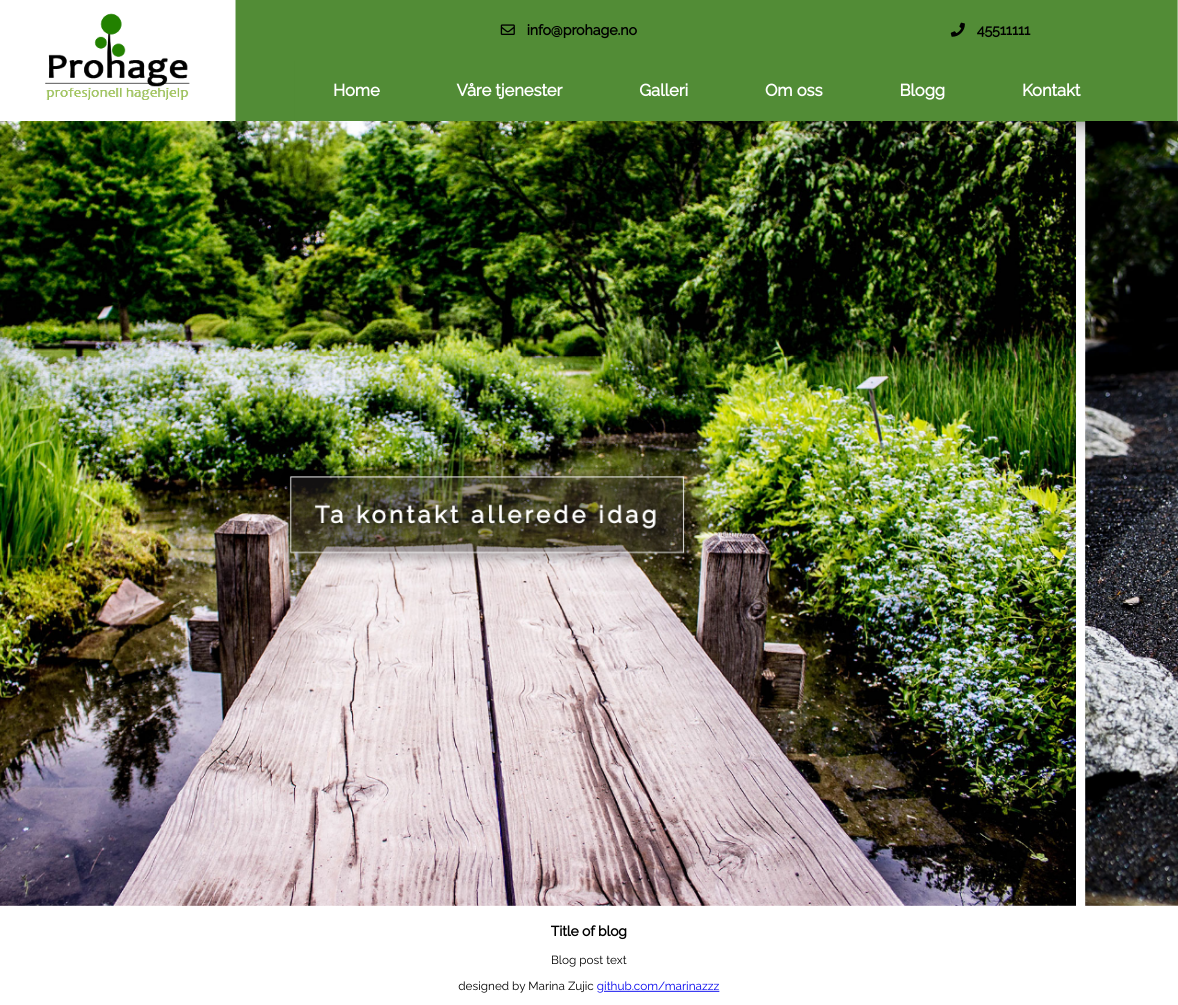
Repository: marinazzz/garden-design-website
Page: index.html
The author's editor kept a copy of each file at every save. The page is drawn from the files as they stood at one save, then again after the next save.
The browser window is 1280 px wide. The pictures show the whole page, at 92% of full size.

Above is the page before, as saved 2020-03-30 12:48:11.

### index.html
<!DOCTYPE html>
<html lang="nb">
<head>
    <title>Hagedesign Oslo</title>
    <link rel="stylesheet" type="text/css" href="CSS/fontawesome-free-5.12.1-web/css/all.min.css">
    <link rel="stylesheet" type="text/css" href="CSS/style.css"/>
    <link rel="stylesheet" type="text/css" href="CSS/min-width-768px.css">
    <link rel="stylesheet" type="text/css" href="CSS/min-width-992px.css">
    <link rel="stylesheet" href="https://cdnjs.cloudflare.com/ajax/libs/animate.css/3.7.2/animate.min.css">
    <link rel="stylesheet" type="text/css" href="PLUGINS/glide-master/dist/css/glide.core.min.css" />
    <link rel="stylesheet" type="text/css" href="PLUGINS/glide-master/dist/css/glide.theme.min.css" />
    <link href="https://fonts.googleapis.com/css?family=Raleway&display=swap" rel="stylesheet">
    <meta name="viewport" content="width=device-width, initial-scale=1" charset="UTF-8">
</head>
<body>
    <header class="header--white-green">
        <div class="container__menu--small container__menu "> <!--grid container-->
            <div class="container__logo"> <!--1.column-->
                <img class="logo"src="images/prohage black.png" alt="Prohage logo">
            </div>
            <div class="container__items--small container__items"> <!--2.column-->
                <div class="container__item"> <!--1.row-->
                     <a href="mailto:info@prohage.no"
                         class ="container__item-txt"><i class="far fa-envelope"></i>info@prohage.no</a>
                     <a href="tlf:45511111"
                         class="container__item-txt"><i class="fas fa-phone"></i>45511111</a>
                </div>
               <div class="container__item-bottom"> <!--2.row-->
                   <button class="menu__toggle">
                       <i class="fas fa-bars"></i>
                   </button>
                   <nav id="menu">
                        <ul class="menu__list">
                            <li class="menu__item">
                                <a class="menu__link" href="home">Home</a>
                            </li>
                            <li class="menu__item">
                                <a class="menu__link" href="#services">Våre tjenester</a>
                            </li>
                            <li class="menu__item">
                                <a class="menu__link" href="#gallery">Galleri</a>
                            </li>
                            <li class="menu__item">
                                <a class="menu__link" href="#about">Om oss</a>
                            </li>
                            <li class="menu__item">
                                <a class="menu__link" href="#blog">Blogg</a>
                            </li>
                            <li class="menu__item">
                                <a class="menu__link" href="kontakt">Kontakt</a>
                            </li>
                       </ul>
                   </nav>
               </div>
            </div>
        </div>
        <section id="main-photo">
            <div class="glide">
                <div class="glide__track"
                     data-glide-el="track">
                    <ul class="glide__slides">
                        <li class="glide__slide">
                            <img class="main-photo__item"
                                 srcset="images/daylight-environment-garden-2000.jpg 2000w,
                                         images/daylight-environment-garden-1000.jpg 1000w"
                                 sizes="(min-width: 1440px) 2000px, 100vw"
                                 src="images/daylight-environment-garden-2000.jpg" alt="Garden and plants" />
                                 <h1 class="main-photo__title">Profesjonell hagehjelp</h1>
                        </li>
                        <li class="glide__slide">
                            <img class="main-photo__item"
                                 srcset="images/main-header-photo-2000.jpg 2000w,
                                          images/main-header-photo-1000.jpg 1000w"
                                 sizes="(min-width: 1440px) 2000px, 100vw"
                                 src="images/main-header-photo-2000.jpg" alt="Garden and plants" />
                                 <h1 class="main-photo__title">Ta kontakt allerede idag</h1>
                                </li>
                        <li class="glide__slide">
                            <img class="main-photo__item"
                                 srcset="images/header-photo-2000.jpg 2000w,
                                         images/header-photo-1000.jpg 1000w"
                                 sizes="(min-width: 1440px) 2000px, 100vw"
                                 src="images/header-photo-2000.jpg" alt="Garden designed by proffesional" />
                                 <h1 class="main-photo__title">Rådgiving og tipser</h1>
                        </li>
                        <li class="glide__slide">
                            <img class="main-photo__item"
                                 srcset="images/bloom-blooming-blur-2000.jpg 2000w,
                                         images/bloom-blooming-blur-1000.jpg 1000w"
                                 sizes="(min-width: 1440px) 2000px, 100vw"
                                 src="images/bloom-blooming-blur-2000.jpg" alt="Garden designed by proffesional" />
                                 <h1 class="main-photo__title">Følg vår hageblogg</h1>
                        </li>
                    </ul>
                </div>
                <!--<div class="glide__arrows"
                         data-glide-el="controls">
                        <button class="glide__arrow glide__arrow--left"
                                data-glide-dir="<">
                            <i class="fas fa-chevron-circle-left"></i>
                        </button>
                        <button class="glide__arrow glide__arrow--right"
                                data-glide-dir=">">
                            <i class="fas fa-chevron-circle-right"></i>
                        </button>
                    </div>-->
            </div>

            <!--<img class="main-photo__item1"
                 srcset="images/architecture-clouds-daylight-2000.jpg 2000w,
                         images/architecture-clouds-daylight-1000.jpg 1000w"
                 sizes="(min-width: 1440px) 2000px, 100vw"
                 src="images/architecture-clouds-daylight-2000.jpg" alt="Garden">
            <img class="main-photo__item2"
                 srcset="images/header-photo-2000.jpg 2000w,
                         images/header-photo-1000.jpg 1000w"
                 sizes="(min-width: 1440px) 2000px, 100vw"
                 src="images/header-photo-2000.jpg" alt="Garden designed by proffesional" >
            <img class="main-photo__item3"
                 srcset="images/main-header-photo-2000.jpg 2000w,
                         images/main-header-photo-1000.jpg 1000w"
                 sizes="(min-width: 1440px) 2000px, 100vw"
                 src="images/main-header-photo-2000.jpg" alt="Garden and plants" >
            <h1 class="main-photo__title">Profesjonell hagehjelp</h1>-->
        </section>
     </header>
     <main>
         <section id="services">

         </section>
         <section id="gallery">

        </section>
         <article id="blog-posts">
             <h3>Title of blog</h2>
             <p>Blog post text</p>
         </article>
         <section id="about oss">

        </section>
     </main>
     <footer>
	     <p>designed by Marina Zujic
		     <a href="https://github.com/marinazzz">github.com/marinazzz</a>
	     </p>
     </footer>
     <script src="PLUGINS/glide-master/dist/glide.min.js"></script>
     <script>
        new Glide('.glide', {
            type: 'carousel',
            autoplay: true,
            hoverpause: false,
            perView: 1,
            direction: 'rtl',
            animationDuration: 10000
        }).mount()
      </script>
     <script src="JS/js-app.js"></script>
</body>
</html>

### CSS/style.css
html {
  font-size: 62.5%;
}

body {
  margin: 0;
  padding: 0;
  text-align: center;
  box-sizing: border-box;
  font-family: 'Raleway', sans-serif;
}

       /*__ HEADER__ */

/*color styles*/
.header--white-green {
  --header-bg-color: #528C36;
  --header-link-color: black;
  --header-menu-link: #fff;
  --header-toggle-color: #528C36;
}

/*main style*/
.container__menu--small {
  display: flex;
  justify-content: space-around;
  box-shadow: 0 0 2rem 0 rgba(0, 0, 0, 0.24), 0 0 30rem 0 rgba(0, 0, 0, 0.2);
}

.logo {
  max-height: 8rem;
  background: white;
}

.container__items--small {
  display: grid;
  grid-template-rows: 1fr 1fr;
  align-content: flex-end;
  width: 250px;
}

.container__item {
  align-self: center;
}

.container__item,
.container__item-bottom {
  text-align: end;
}

.container__item-txt {
  color: var(--header-link-color);
  text-decoration: none;
  font-size: 1.2rem;
}

.container__item > a:first-of-type {
  padding-right: 1.6rem;
}

.container__item-bottom > nav {
  text-align: center;
}

.menu__toggle {
  color: var(--header-bg-color);
  box-sizing: border-box;
  border: none;
  background-color: transparent;
  outline: none;
  font-size: 3rem;
  line-height: 0;
  padding: 0.5rem;
  color: var(--header-toggle-color);
  position: relative;
  z-index: 100;
}

.fa-phone,
.fa-envelope {
  margin-right: 1rem;
}


/* MENU */

#menu {
  display: none;
  position: absolute;
  top: auto;
  left: 0;
  width: 100%;
  padding-top: 1rem;
  background-color: var(--header-bg-color);
  z-index: 20;
}

.menu__list {
  padding: 0;
  margin: 0;
  display: flex;
  flex-direction: column;
}

.menu__item {
  display: block;
  margin-bottom: 1rem;
}

.menu__link {
  color: var(--header-menu-link);
  text-decoration: none;
  font-size: 1.4rem;
}

#menu.menu-opened {
  display: block;
}


/*FOR SMALL DEVICES*/

@media screen and (max-width: 420px) {

  .logo {
    max-height: 7rem;
  }

  .container__items--small {
    width: auto;
    align-self: center;
  }

  .container__item > a:first-of-type {
    padding-right: 1.3rem;
  }

  .container__item {
    text-align: center;
  }

  .fa-phone, .fa-envelope {
    margin-right: 0.3rem;
  }
}

/* MAIN PICTURE */

#main-photo {
  width: 100%;
}

.main-photo__title {
  position: absolute;
  color: white;
  background-color:#524a4a3b;
  border: 0.1rem solid white;
  filter: drop-shadow(2px 4px 6px black);
  padding: 2rem;
  margin: 0 auto;
  font-size: 1.5rem;
  letter-spacing: 0.2rem;
  top: 50%;
  left: 50%;
  transform: translate(-50%, -50%);
}



/* GLIDE SLIDER CSS OVERRIDES */

.glide__slides {
  margin: 0;
}

.glide__slide {
  position: relative;
}

/*#main-photo .glide__arrow  {
  font-size: 4rem;
  padding: 0;
  border-color: transparent;
  box-shadow: none;
  border-radius: 50%;
  line-height: 0;
  transition: all 200ms ease-in-out;
}

#main-photo .glide__arrow:hover {
  border-color: #252525;
  color: #252525;
}*/



/*#main-photo {
  position: relative;
}

.main-photo__item {
   width: 100%;
}

.main-photo__title {
  position: absolute;
  bottom: 1rem;
  left: 20rem;
  font-size: 2rem;
}*/



/*1. COLOR OPTION*/
/* CSS variables*/
/* :root {
  --header-bg-color: #4daa57;
  --header-top-bg-color: #252525;
  --header-toggle-color: #fff;
}*/

/*.top-header__item {
  color: var(--header-link-color);
  text-decoration: none;
  font-size: 1.4rem;
}*/


/*------MAIN----------*/

### CSS/min-width-768px.css
@media screen and (min-width: 768px) {

  html {
    font-size: 70%;
  }

   /* HEADER */


   .container__menu,
   .container__items {
    display: grid;
   }

   .container__menu {
    grid-template-columns: 2fr 80%;
    box-shadow: 0 0 2rem 0 rgba(0, 0, 0, 0.62), 0 0 30rem 0 rgba(0, 0, 0, 0.19);
  }

  .container__items {
    grid-template-rows: 1fr 1fr;
    background: var(--header-bg-color);
    width: auto;
  }

  .container__item,
  .container__item-bottom {
    display: flex;
  }

  .container__item {
    align-self: center;
    justify-content: space-around;
    /*padding-left: 23rem;*/
  }

  .container__item-bottom {
    align-items: center;
  }

  .menu__toggle {
    display: none;
  }

  /* NAVIGATION */

  #menu,
  .menu-opened .menu__item .menu__link {
    display: block;
  }

  #menu {
    position: static;
    padding: 0;
    top: 0;
  }

  #menu,
  .menu_list {
    height: 100%;
  }

  .menu__list {
    height: 100%;
    flex-direction: row;
    justify-content: center;
    align-items: center;
  }

  .menu__item {
    height: 100%;
    display: block;
    flex-grow: 1;
    margin: 0;
    line-height: 5rem;
  }

  .menu__item:hover {
    background-color:#272727;
  }

  .menu__link:active {
    color:black;
  }

  .menu__link,
  .container__item-txt {
    font-weight: bold;
  }

  /* color styles */

  :root {
    /*header*/
    --header-bg-color:#528C36;
    --link-color: #FCFDF9;
  }

  /* MAIN PHOTO */

  .main-photo__title {
    font-size: 2rem;
    letter-spacing: 0.3rem;
}

}

### CSS/min-width-992px.css
@media screen and (min-width: 992px) {
    html {
        font-size: 80%;
    }

   /* HEADER */

    .logo {
        max-height: 9rem;
    }

    .container__item {
        padding-left: 10rem;
    }

    .container__item-bottom {
        padding: 0 5rem;
    }
}

@media screen and (min-width: 1440px) {

    /* HEADER */

    .container__item {
        padding-left: 22rem;
    }

    /* MAIN PHOTO */

    .main-photo__title {
        font-size: 3rem;
        letter-spacing: 0.5rem;
    }
}

@media screen and (min-width: 2560px) {

    .logo {
        max-height: 12rem;
    }

    .container__item {
        justify-self: center;
    }

    .container__item > a:first-of-type {
        padding: 0 13rem;
    }

    .container__item-bottom {
        padding: 0 40rem;
    }
}

Loaded but not shown: CSS/fontawesome-free-5.12.1-web/css/all.min.css (library); PLUGINS/glide-master/dist/css/glide.core.min.css (common file); PLUGINS/glide-master/dist/css/glide.theme.min.css (common file); PLUGINS/glide-master/dist/glide.min.js (library); JS/js-app.js (no copy from this time; the picture is the same without it)

After the next save:
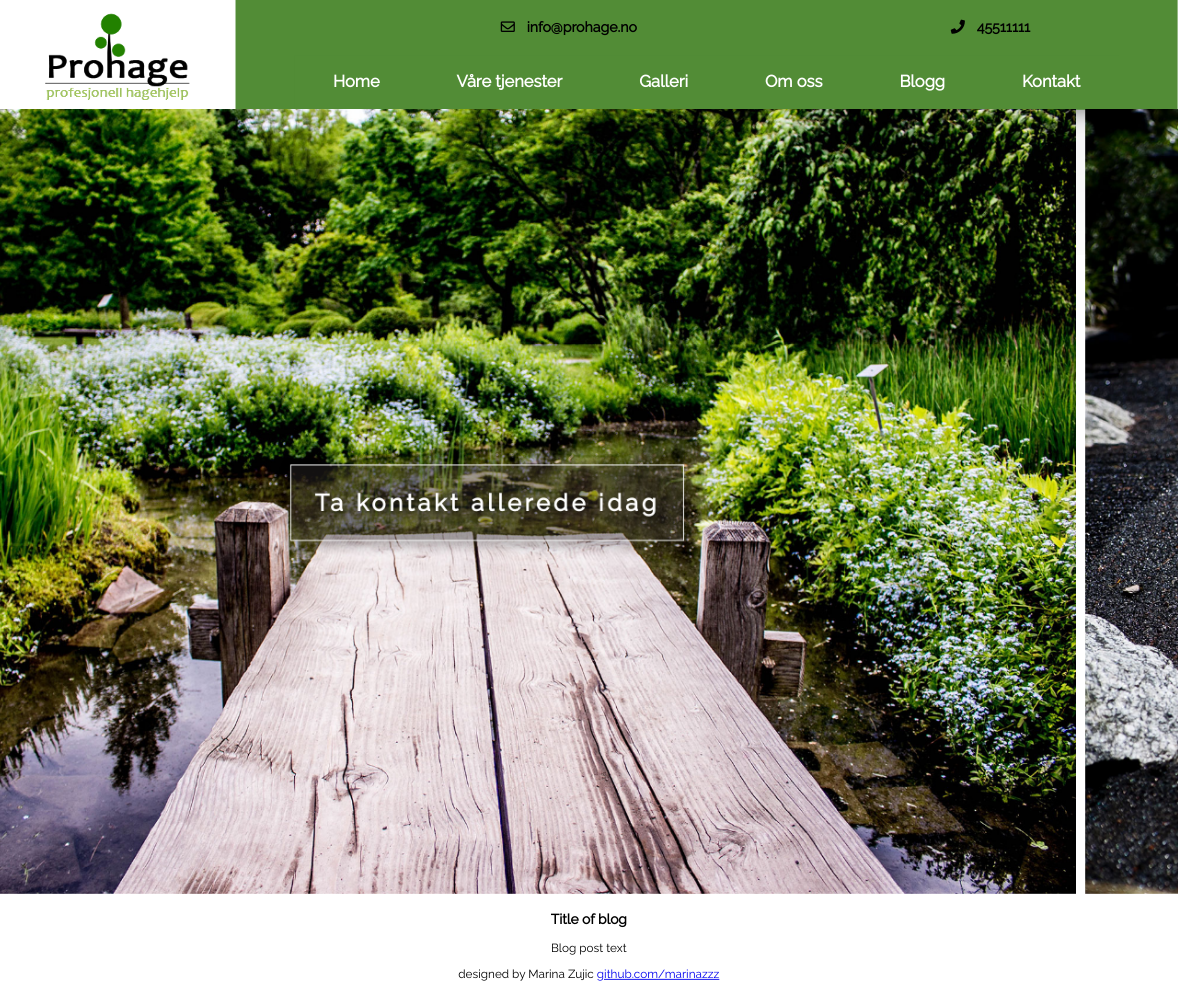
Saved 41 s later.
--- a/CSS/min-width-768px.css
+++ b/CSS/min-width-768px.css
@@ -72,7 +72,7 @@
     display: block;
     flex-grow: 1;
     margin: 0;
-    line-height: 5rem;
+    line-height: 4.5rem;
   }
 
   .menu__item:hover {
